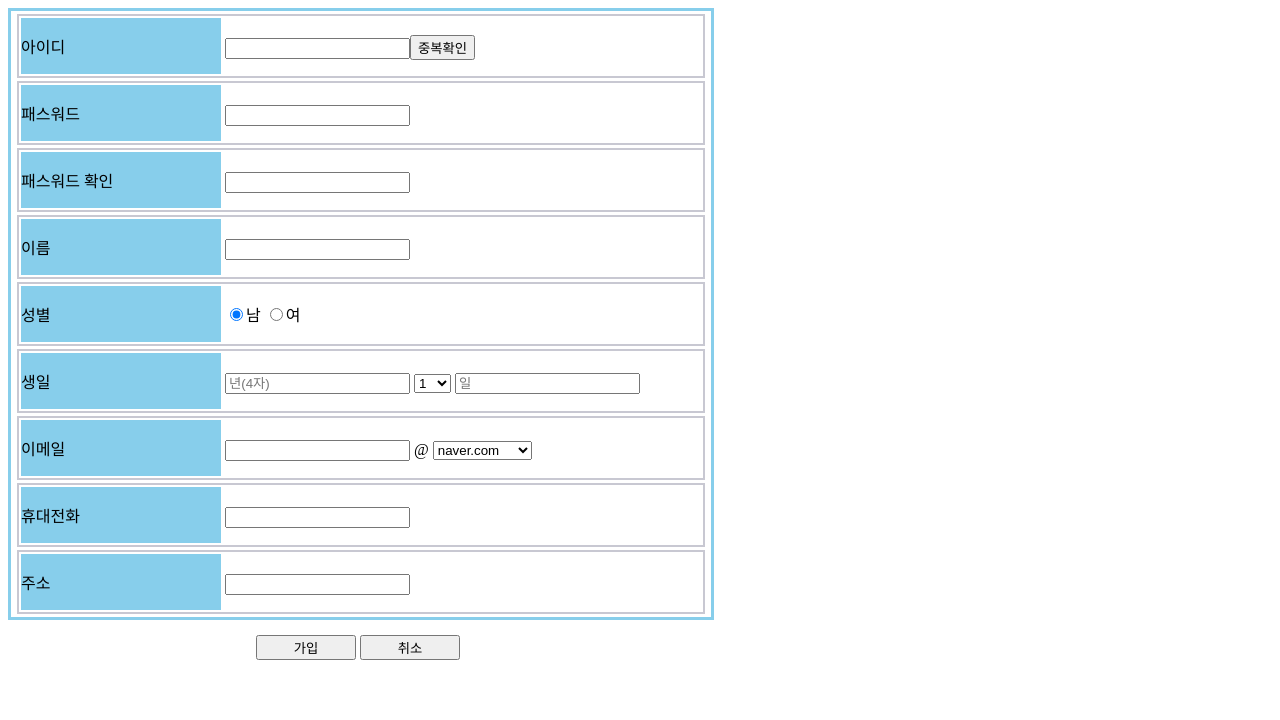
Repository: nohkihyeon/SpringPractice
Page: http://localhost/demo/WEB-INF/member/member.jsp
These files come from the project's save history. The page is drawn as it stood at one moment and after the next save; the edit follows.
The browser window is 1280 px wide. The pictures show the whole page.
The page is served by Tomcat 9. Nobody is signed in. Other server files are loaded and not shown. The template is opened directly, without the code that normally fills it, so the values that code supplies are empty.

Above is the page before, as saved 2022-02-04 05:15:50.

### demo/src/main/webapp/WEB-INF/member/member.jsp
<%@ page language="java" contentType="text/html; charset=utf-8"
	pageEncoding="utf-8"%>
<!DOCTYPE html>
<html>
<head>
<meta charset="EUC-KR">
<title>회원가입</title>

<style>
.container {
	width: 800px;
}

.main {
	width: 700px;
	border: 3px solid #87ceeb;
}

.inputDiv {
	width: 680px;
	padding: 2px;
	margin: 3px auto;
	border: 2px solid #c8c8d2;
}

.inputDiv_header {
	width: 200px;
	display: inline-block;
	background-color: #87ceeb;
	text-align: left;
}

.footer {
	width: 700px;
	text-align: center;
}

.footer_container {
	width: 300px;
	margin: 15px auto 0;
}

.footer_container input {
	width: 100px;
}
</style>
</head>
<body>
	<div class="container">
		<form method="post" id="singUpForm" action="memberJoinFrom.jsp">
			<div class="main">
				<div class="inputDiv">
					<div class="inputDiv_header">
						<p>아이디
					</div>
					<input type="text" id="id" name="id"><input type="button"
						value="중복확인">
				</div>
				<div class="inputDiv">
					<div class="inputDiv_header">
						<p>패스워드
					</div>
					<input type="password" id="password" name="password">
				</div>
				<div class="inputDiv">
					<div class="inputDiv_header">
						<p>패스워드 확인
					</div>
					<input type="password" id="checkPwd" name="checkPwd">
					<span id="pwd_span"></span>
				</div>
				<div class="inputDiv">
					<div class="inputDiv_header">
						<p>이름
					</div>
					<input type="text" id="name" name="name">
				</div>
				<div class="inputDiv">
					<div class="inputDiv_header">
						<p>성별
					</div>
					<input type="radio" id="male" name="gender" value="남" checked><label
						for="male">남</label> <input type="radio" id="female" name="gender"
						value="여"><label for="female">여</label>
				</div>
				<div class="inputDiv">
					<div class="inputDiv_header">
						<p>생일
					</div>
					<input type="text" id="year" name="year" placeholder="년(4자)">
					<select id="month" name="month">
						<option value="1">1</option>
						<option value="2">2</option>
						<option value="3">3</option>
						<option value="4">4</option>
						<option value="5">5</option>
						<option value="6">6</option>
						<option value="7">7</option>
						<option value="8">8</option>
						<option value="9">9</option>
						<option value="10">10</option>
						<option value="11">11</option>
						<option value="12">12</option>
					</select> <input type="text" id="day" name="day" placeholder="일">
				</div>
				<div class="inputDiv">
					<div class="inputDiv_header">
						<p>이메일
					</div>
					<input type="text" id="emailId" name="emailId"> @ <select
						id="emailAddress" name="emailAddress">
						<option value="naver.com">naver.com</option>
						<option value="hanmail.com">hanmail.com</option>
						<option value="google.com">google.com</option>
						<option value="pionnet.co.kr">pionnet.co.kr</option>
					</select>
				</div>
				<div class="inputDiv">
					<div class="inputDiv_header">
						<p>휴대전화
					</div>
					<input type="text" id="phone" name="phone">
				</div>
				<div class="inputDiv">
					<div class="inputDiv_header">
						<p>주소
					</div>
					<input type="text" id="address" name="address">
				</div>
			</div>
			<div class="footer">
				<div class="footer_container">
					<input type="submit" value="가입"> <input type="button" value="취소">
				</div>
			</div>
		</form>
	</div>

	<script>
		window.onload = function() {
 			document.getElementById('checkPwd').addEventListener('blur', function(){
 				var password = document.getElementById('password').value;
 				if(password === this.value) {
 					document.getElementById('pwd_span').innerHTML = '비밀번호가 일치합니다.';
 					document.getElementById("pwd_span").style.color = 'blue';
 				}else{
 					document.getElementById('pwd_span').innerHTML = '비밀번호가 일치하지 않습니다.';
 					document.getElementById("pwd_span").style.color = 'red';
 				}
			});
		}
	</script>
</body>
</html>

After the next save:
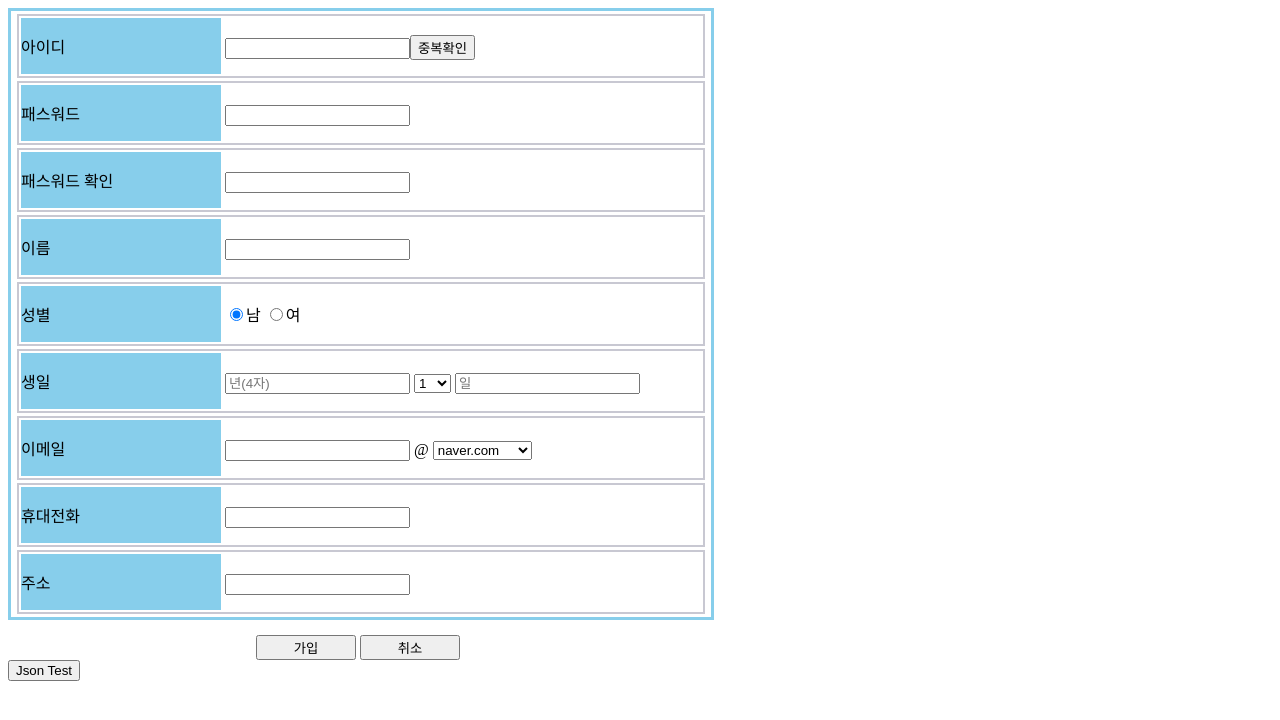
Saved 2 min 53 s later.
--- a/demo/src/main/webapp/WEB-INF/member/member.jsp
+++ b/demo/src/main/webapp/WEB-INF/member/member.jsp
@@ -136,7 +136,12 @@
 		</form>
 	</div>
 
+	<button onclick="testJson()"> Json Test</button>
+
 	<script>
+		const testJson = function() {
+			console.log("here");
+		}
 		window.onload = function() {
  			document.getElementById('checkPwd').addEventListener('blur', function(){
  				var password = document.getElementById('password').value;
